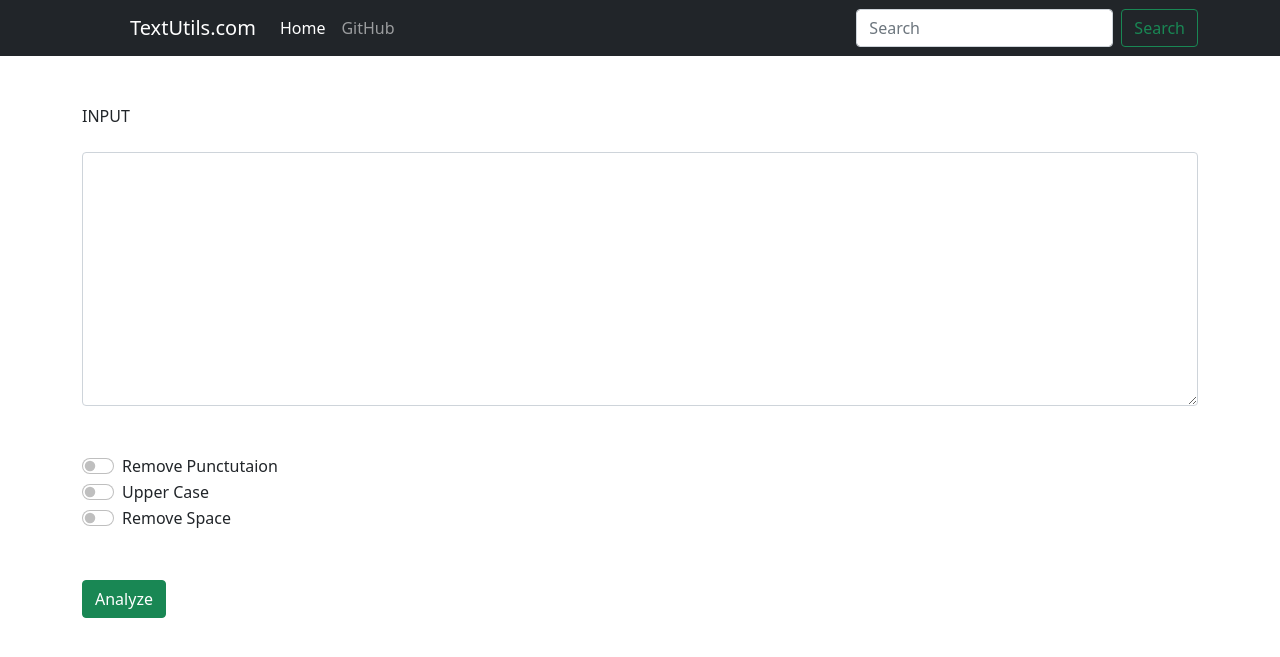
Repository: thenameisshreyank/Textutility
Page: http://localhost/
The author's editor kept a copy of each file at every save. The page is drawn from the files as they stood at one save, then again after the next save.
The browser window is 1280 px wide. The pictures show the whole page.
The page is served by the project's application, run on Django 4.2 (manage.py).

Above is the page before, as saved 2022-04-15 11:04:39.

After the next save:
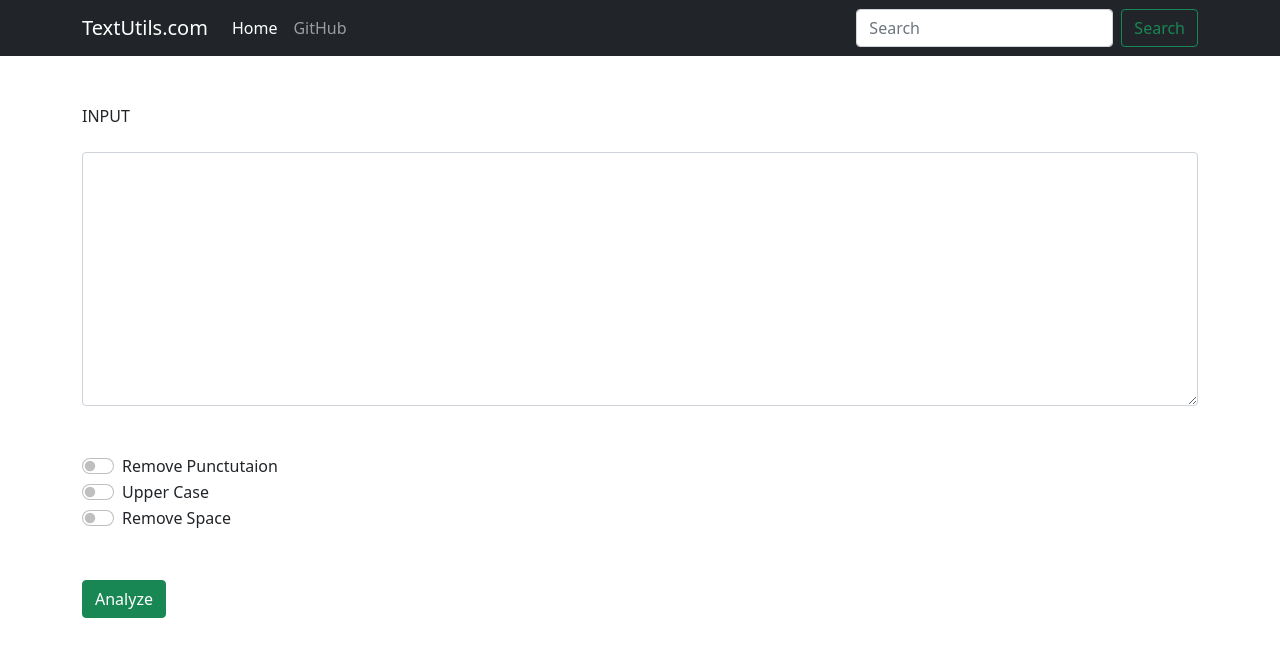
Saved 16 s later.
--- a/templates/index.html
+++ b/templates/index.html
@@ -14,7 +14,7 @@
 <body>
     <nav class="navbar navbar-expand-lg navbar-dark bg-dark">
         <div class="container">
-          <a class="navbar-brand ms-5" href="https://getbootstrap.com/">TextUtils.com</a>
+          <a class="navbar-brand" href="https://getbootstrap.com/">TextUtils.com</a>
           <button class="navbar-toggler" type="button" data-bs-toggle="collapse" data-bs-target="#navbarSupportedContent" aria-controls="navbarSupportedContent" aria-expanded="false" aria-label="Toggle navigation">
             <span class="navbar-toggler-icon"></span>
           </button>
